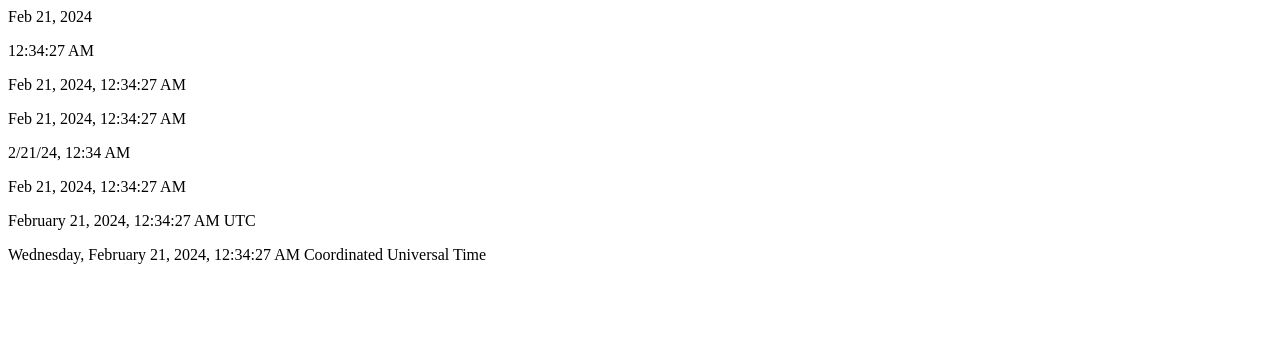
Repository: ramperrit/JSP
Page: http://localhost/JSPBook/Ch09/jstl_fmt03.jsp
The author's editor kept a copy of each file at every save. The page is drawn from the files as they stood at one save, then again after the next save.
The browser window is 1280 px wide. The pictures show the whole page.
The page is served by Tomcat 9. Nobody is signed in. The application's start-up code is not run.

Above is the page before, as saved 2024-02-26 02:30:49.

After the next save:
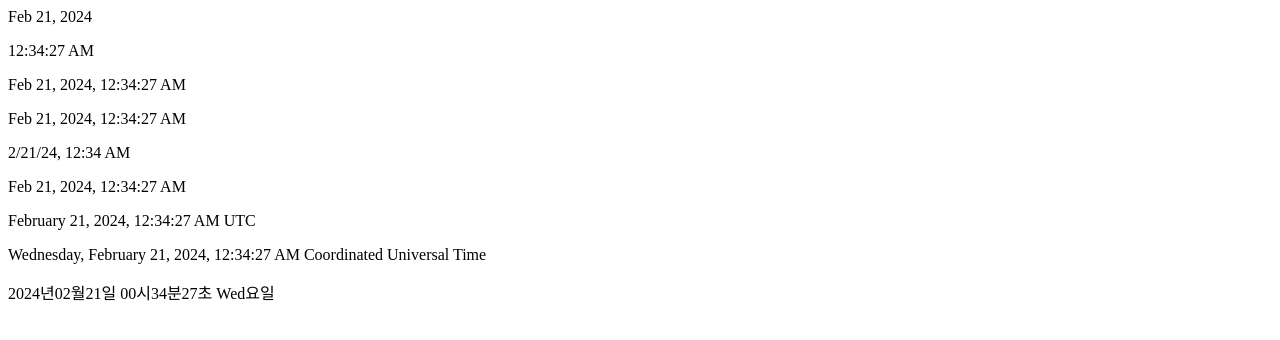
Saved 40 s later.
--- a/JSPBook/src/main/webapp/Ch09/jstl_fmt03.jsp
+++ b/JSPBook/src/main/webapp/Ch09/jstl_fmt03.jsp
@@ -14,5 +14,6 @@
 	<p><fmt:formatDate value="${now}" type="both" dateStyle="medium" timeStyle="medium"/>
 	<p><fmt:formatDate value="${now}" type="both" dateStyle="long" timeStyle="long"/>
 	<p><fmt:formatDate value="${now}" type="both" dateStyle="full" timeStyle="full"/>
+	<p><fmt:formatDate value="${now}" type="both" pattern="yyyy년MM월dd일 HH시mm분ss초 E요일"/>
 </body>
 </html>
